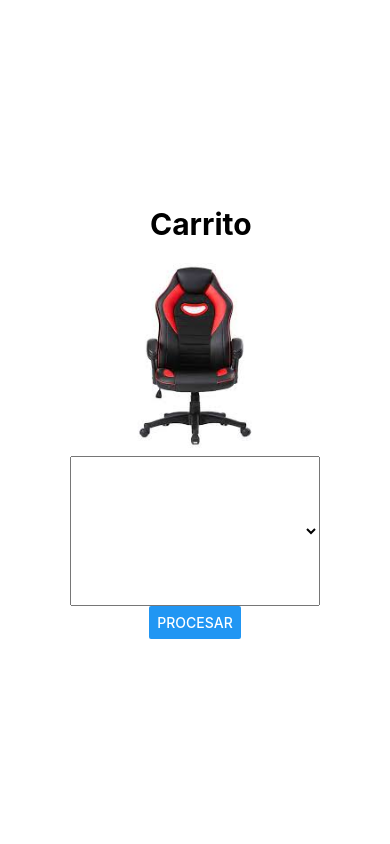
Repository: oscaredu1998/compras
Screen: / (app in frontend/)
These files come from the project's save history. The screen is drawn as it stood at one moment and after a run of saves; the edit follows.
The app was drawn by React Native's web renderer in a window 390 px wide. The project was rebuilt for these pictures with package versions that can differ from the ones it lists, and the page was loaded fresh each time.

Above is the screen before, as saved 2020-02-21 18:17:29.

### frontend/App.js
import React, { Component } from 'react';
import { Picker, View, Image, StyleSheet, Button, Text, Alert } from 'react-native';
import axios from 'axios';

const URL = "http://192.168.0.104:5000/api/";

export default class App extends Component {
  state = {
    response: ''
  }

  handleSelect = text => {
    this.setState({ response: text });
  };

  getData = () => {
    axios.get(URL+this.state.response)
    .then(response => {
      Alert.alert("Usted ha selecionado: " + JSON.stringify(response.data.empresa),
      ("Tiempo estimado de: " + JSON.stringify(response.data.tiempo) + " para su entrega"))
      // this.setState({ serverRes: response.data.datos })
    })
    .catch(error => {
      console.log(error)
    })
  }

  render() {
    return (
      <View style={styles.container}>
        <Text style={{width: 150, height: 50, fontSize: 30, fontWeight: 'bold', left: 30}}>Carrito</Text>
        <Image
            style={{width: 200, height: 200}}
            source={require('./assets/images.jpg')}
          />
        <Picker style={{ height: 150, width: 250 }} onValueChange={this.handleSelect}>
          <Picker.Item label="" value="" />
          <Picker.Item label="Fedex" value="fedex" />
          <Picker.Item label="Correo del Ecuador" value="correos-ecuador" />
          <Picker.Item label="Servientrega" value="servientrega" />
        </Picker>
        <Button
          title="Procesar"
          onPress = {() => {this.getData()}}
          // onPress={() => alert(JSON.stringify(this.state.response))}
        />
      </View>
    )
  }
}


const styles = StyleSheet.create({
  container: {
    flex: 1,
    backgroundColor: '#fff',
    alignItems: 'center',
    justifyContent: 'center',
  },
});

After the next 2 saves:
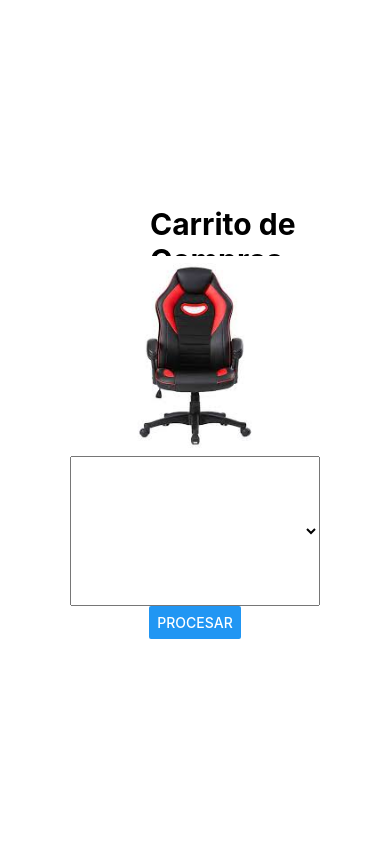
The 2 saves are shown as one change because they came seconds apart.
The last was saved 48 s later.
--- a/frontend/App.js
+++ b/frontend/App.js
@@ -28,7 +28,7 @@ export default class App extends Component {
   render() {
     return (
       <View style={styles.container}>
-        <Text style={{width: 150, height: 50, fontSize: 30, fontWeight: 'bold', left: 30}}>Carrito</Text>
+        <Text style={{width: 150, height: 50, fontSize: 30, fontWeight: 'bold', left: 30}}>Carrito de Compras</Text>
         <Image
             style={{width: 200, height: 200}}
             source={require('./assets/images.jpg')}
